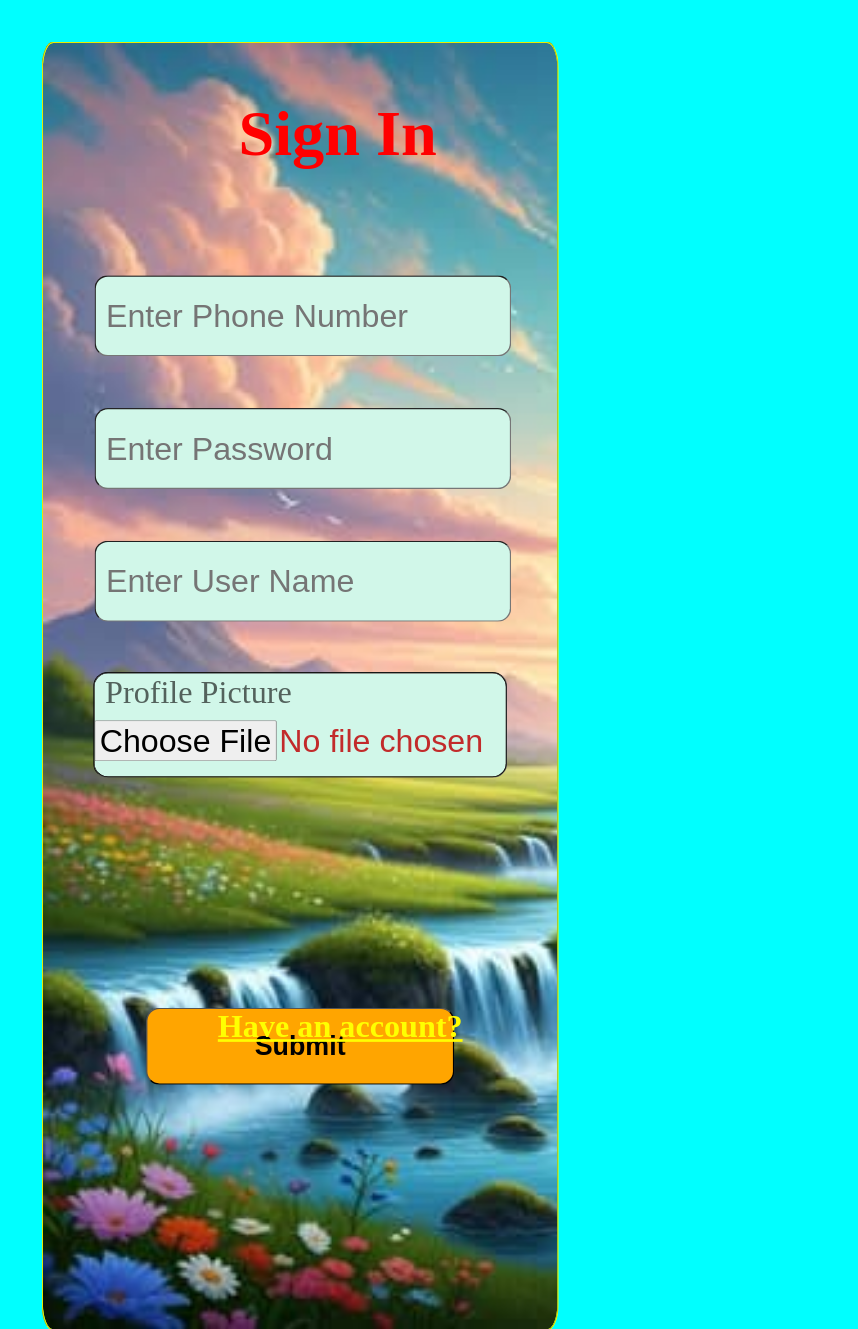
Repository: Amani-Kibet/express-app-web
Page: pages/signup/signIn.html
These files come from the project's save history. The page is drawn as it stood at one moment and after the next save; the edit follows.
The browser window is 1280 px wide. The pictures show the whole page, at 67% of full size.

Above is the page before, as saved 2025-09-28 18:16:21.

### pages/signup/signIn.html
<!DOCTYPE html>
<head>
  <meta name="viewport" content="width= device-width, initial-scale=1.0"/>
  <title> Login Page</title>
  <style>
    body{
      background-color: cyan;
    }
  #board{
    background: url(/pictures/p1.png);
    background-size: cover;
    width: 60vw;
    height: 150vw;
    border-radius: 2%;
    outline: 2px groove yellow;
    position: absolute;
    top: 4rem;
    left: 4rem;
  }
  h2{
    color: red;
    position: relative;
    left: 38%;
    font-size: 6rem
  }
  .inputs{
    width: 80%;
    height: 6%;
    position: relative;
    left: 10%;
    margin-top: 10%;
    border-radius: 20px;
    color: blue;
    font-size: 3em;
    background-color: rgb(209, 247, 233);
  }
  #picC{
    display: flex;
    flex-direction: column;
    height: 14%;
    gap: 10%;
    height: 8%;
    outline: 2px groove black;
    color: rgb(194, 43, 43);
  }
  #picI{
    font-size: 1em;
  }
  #picT{
    font-size: 1em;
    opacity: 0.6;
    font-style: normal;
    position: relative;
    left: 1rem;
    color: black;
  }
  #submit{
    background: orange;
    position: absolute;
    width: 60%;
    height: 6%;
    top: 75%;
    left: 20%;
    border-radius: 20px;
    font-size: 2.5em;
    font-weight: bold;
  }
  #msg{
    background: lightblue;
    width: 70%;
    height: 50%;
    border-radius: 10px;
    position: absolute;
    bottom: 30%;
    left: 15%;
    outline: 4px groove yellow;
    display: none;
  }
  .prog{
    border-radius: 100%;
    position: absolute;
    top: 4%;
    left: 4%;
    outline: 20px groove yellow;
    font-size: 8em;
  }
  #prog2{
      transform: rotateY(90deg)
  }
  #progC{
    transform-style: preserve-3d;
    animation: spin 4s ease-in-out infinite;
  }
  #msgT{
    position: relative;
    top: 36%;
    left: 10%;
    color: blue;
    font-weight: bold;
    font-size: 4em;
    width: 80%;
    height: 20%;
  }
  #loginT{
    position: relative;
    top: 20%;
    left: 12%;
    color: rgb(255, 60, 0);
    font-weight: 500;
    font-size: 5em;
    width: 80%;
    height: 25%;
  }
  .links{
    position: absolute;
    font-weight: 800;
    font-size: 3em;
    color: yellow;
    top: 75%;
    left: 34%
  }
  @keyframes spin{
    0%{transform: rotateY(0deg) rotateX(0deg) translateX(0px)}
    50%{transform: rotateY(360deg) rotateX(60deg) translateX(50px)}
    100%{transform: rotateY(0deg) rotateX(0deg) translateX(0px)}
  }
  </style>
</head>
<body>
  <div id="board">
    <h2>Sign In</h2>
    <input type="number" class="inputs" id="phoneI" placeholder=" Enter Phone Number">
    <input type="password" class="inputs" id="passI" placeholder=" Enter Password">
    <input type="text" class="inputs" id="nameI" placeholder=" Enter User Name">
    <div id="picC" class="inputs">
      <i id="picT">Profile Picture</i>
    <input id="picI" type="file" name="image">
    </div>
  <button id="submit" onclick="f1()">Submit</button>
  <a class="links" id="link1" href="/pages/signup/logIn.html">Have an account?</a>
    <div id="msg">
      <div id="progC">
        <div id="prog1" class="prog">🔴</div>
      <div id="prog2" class="prog">🟢</div>
      </div>
      <p id="loginT">Please wait...</p>
      <h3 id="msgT">No text returned</h3>
    </div>
  </div>
</body>
<script>
  let bt1= document.getElementById("submit")
  let msgT= document.getElementById("msgT")
  let msg= document.getElementById("msg")

function f1(){
  let phoneI= document.getElementById("phoneI").value;
  let passI= document.getElementById("passI").value;
  let nameI= document.getElementById("nameI").value;
  let picI= document.getElementById("picI").files[0];

  let folder= new FormData()
  folder.append("image", picI)
  folder.append("json", JSON.stringify({phone: `${phoneI}`, pass: `${passI}`, name: `${nameI}`}))


  fetch("/path1", {
    method: "POST",
    body: folder
  })
  .then(type=> type.text())
  .then(data=> {
  msg.style.display="block";
  msgT.innerHTML=`${phoneI} ${data}`
  setTimeout(()=>{
  msg.style.display="none";
  window.location.href="/pages/signup/login.html"
}, 8000);
})

  fetch("/path2", {
    method: "POST",
    body: env
  });

}
</script>
</html>

After the next save:
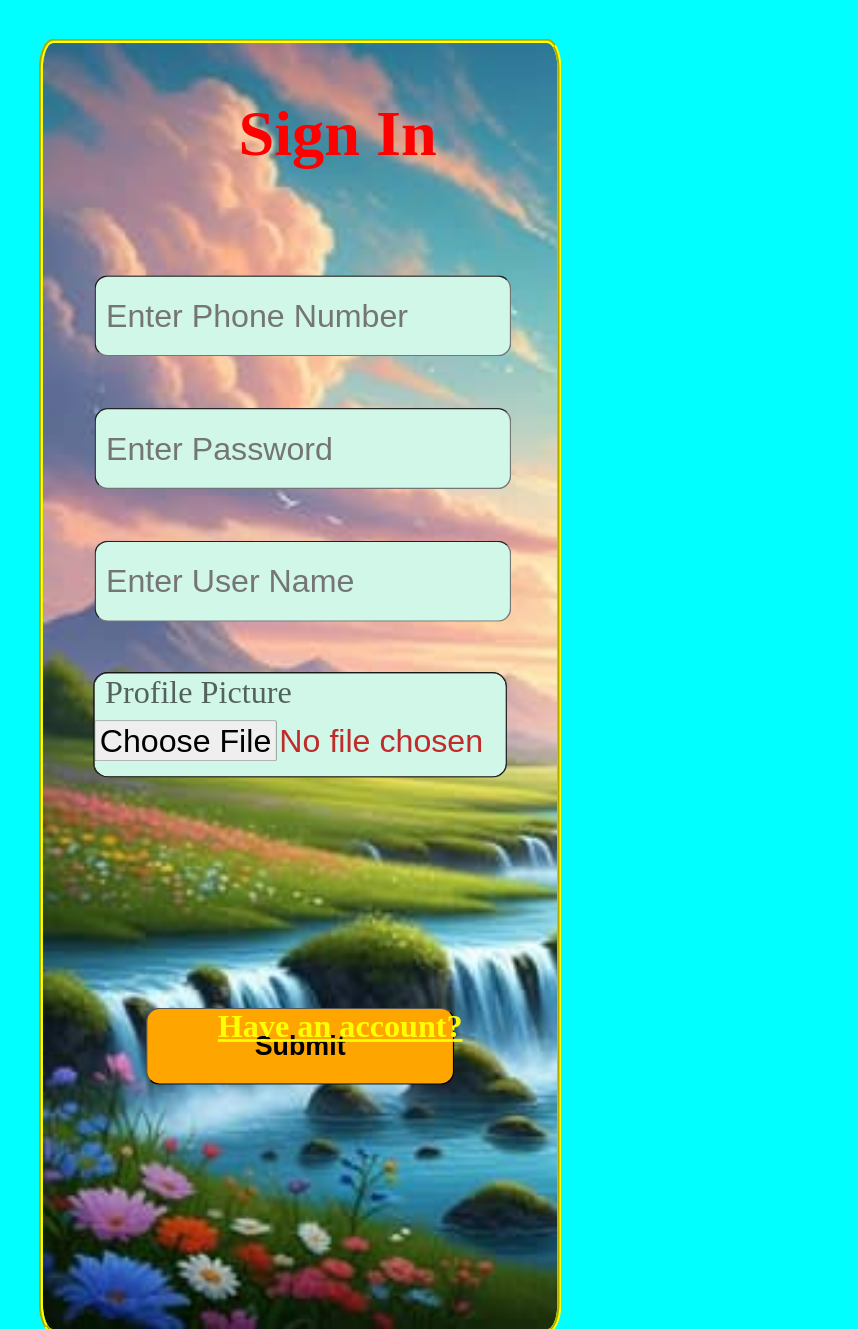
Saved 10 s later.
--- a/pages/signup/signIn.html
+++ b/pages/signup/signIn.html
@@ -12,7 +12,7 @@
     width: 60vw;
     height: 150vw;
     border-radius: 2%;
-    outline: 2px groove yellow;
+    outline: 6px groove yellow;
     position: absolute;
     top: 4rem;
     left: 4rem;
